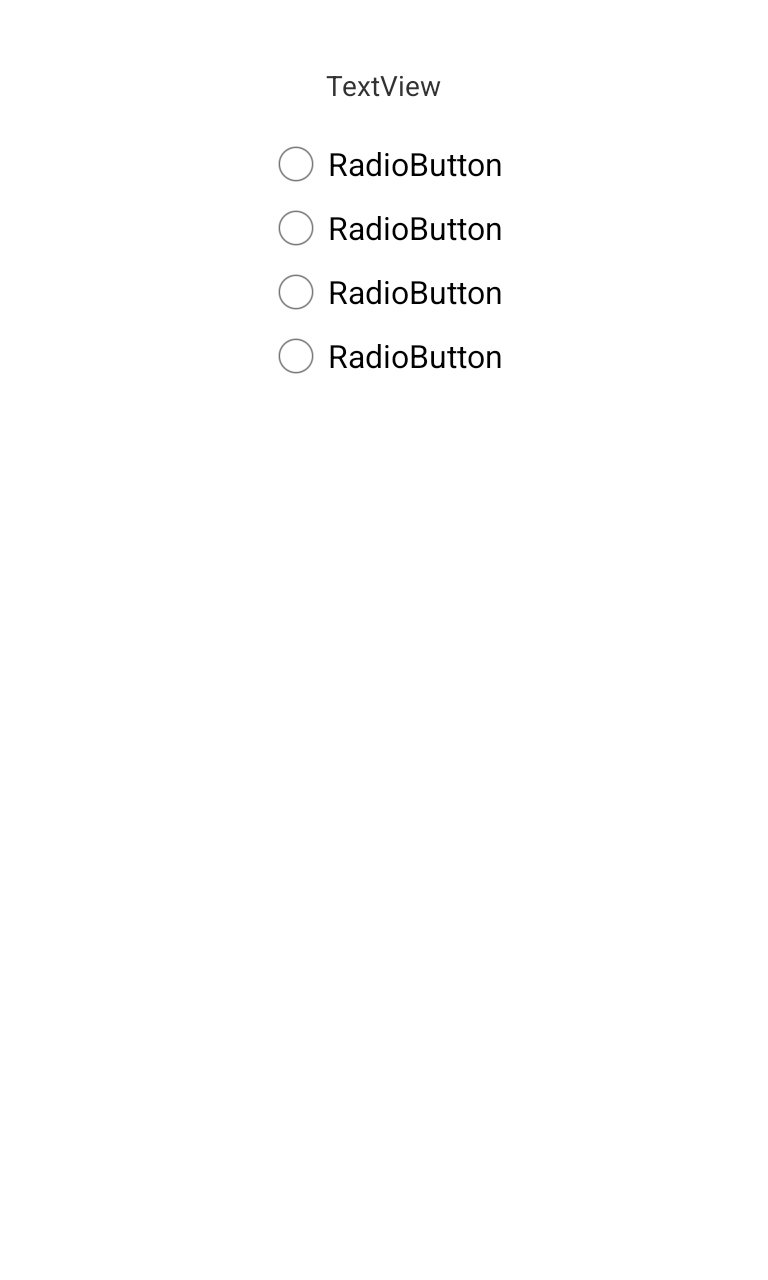
Repository: derspatero/workspace
Layout: EdwardLambke/res/layout/question.xml
These files come from the project's save history. The layout is drawn as it stood at one moment and after the next save; the edit follows.
It is drawn on a 768 x 1280 px phone screen (xhdpi) without system bars, with theme AppTheme; the app's code is not run.

Above is the layout before, as saved 2014-10-27 05:47:24.

After the next save:
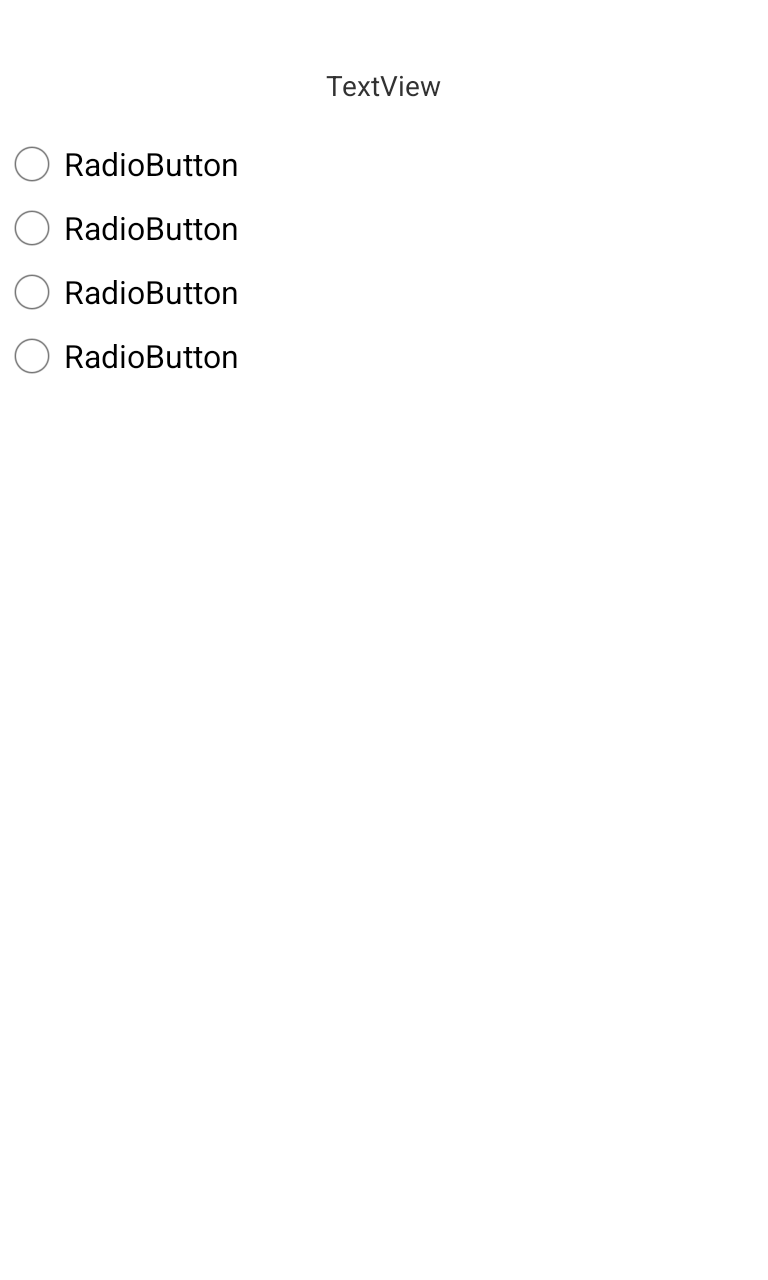
Saved 102 s later.
--- a/EdwardLambke/res/layout/question.xml
+++ b/EdwardLambke/res/layout/question.xml
@@ -3,6 +3,12 @@
     android:layout_width="match_parent"
     android:layout_height="match_parent" >
 
+    <RadioGroup
+        android:id="@+id/radioGroup1"
+        android:layout_width="wrap_content"
+        android:layout_height="wrap_content"
+        android:layout_alignLeft="@+id/radioButton1"
+        android:layout_alignTop="@+id/radioButton1" >
     <RadioButton
         android:id="@+id/radioButton1"
         android:layout_width="wrap_content"
@@ -36,6 +42,8 @@
         android:layout_below="@+id/radioButton3"
         android:text="RadioButton" />
 
+    </RadioGroup>
+
     <TextView
         android:id="@+id/textView1"
         android:layout_width="wrap_content"
@@ -45,4 +53,5 @@
         android:layout_marginTop="33dp"
         android:text="TextView" />
 
+
 </RelativeLayout>
